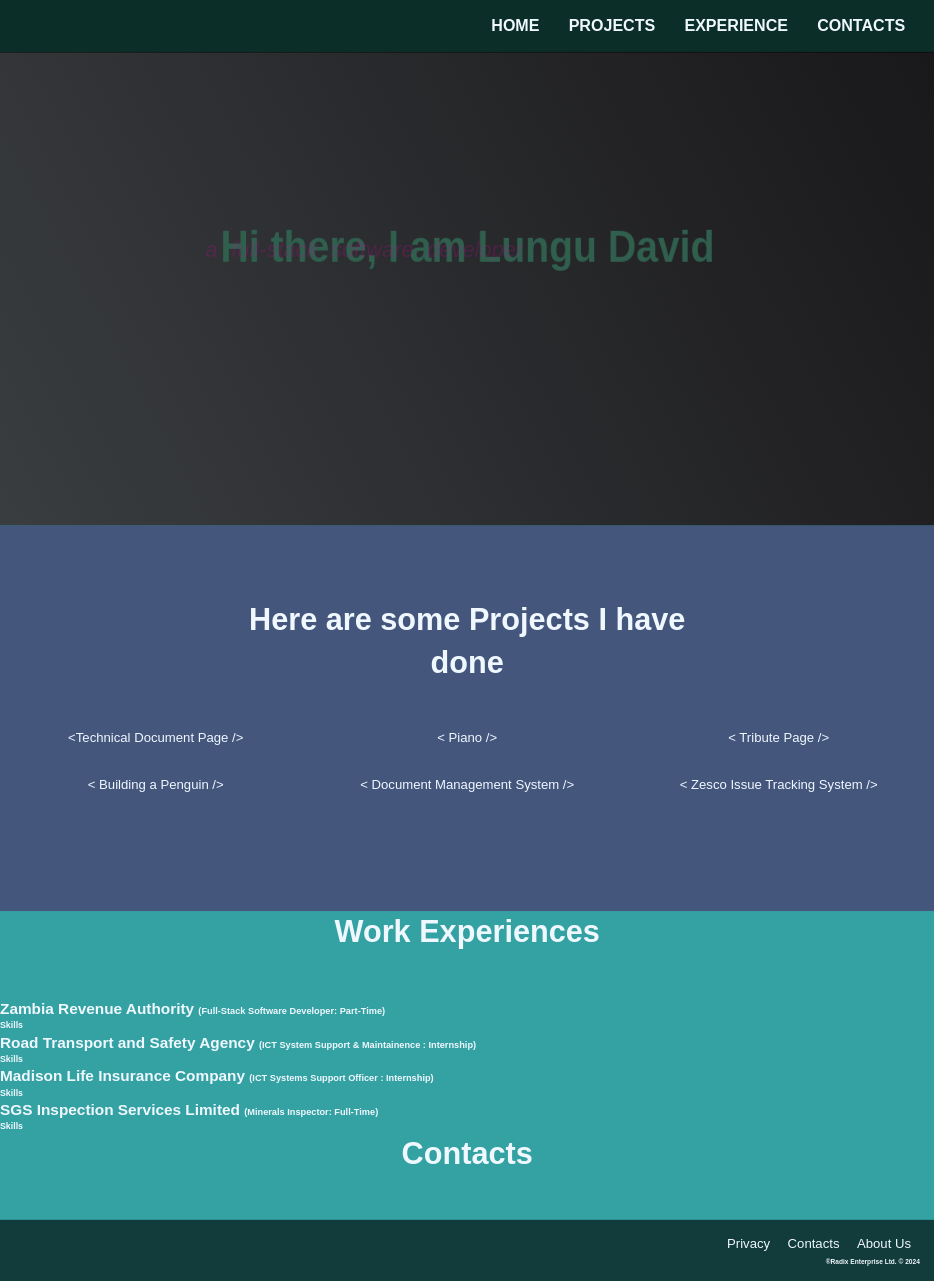
Repository: Lungdjos/personal_portifolio
Page: html/index.html
These files come from the project's save history. The page is drawn as it stood at one moment and after the next save; the edit follows.
The browser window is 1280 px wide. The pictures show the whole page, at 73% of full size.

Above is the page before, as saved 2024-02-04 00:16:39.

### html/index.html
<!DOCTYPE html>
<html lang="en">

<head>
    <meta charset="UTF-8">
    <meta name="viewport" content="width=device-width, initial-scale=1.0">
    <title>Personal Portifolio</title>
    <link rel="stylesheet" href="/css/styles.css">
</head>

<body>
    <header class="header">
        <nav id="navbar">
            <ul class="nav-list">
                <li><a href="#Home" class="nav-link"><i class=""></i>Home</a></li>
                <li>
                    <a href="#Projects" class="nav-link"> <i class=""></i>Projects</a>
                </li>
                <li>
                    <a href="#Work-Experience" class="nav-link"> <i class=""></i>Experience</a>
                </li>
                <li><a href="#Contacts" class="nav-link"><i class=""></i>Contacts</a></li>
            </ul>
        </nav>
    </header>
    <main class="m-3">
        <div id="spacer"></div>
        <section class="home" id="Home">
            <div id="welcome-section">
                <h1 id="title">Hi there, I am Lungu David</h1>
                <p id="sub-title"><span>a</span> <span>full-stack</span> <span>software</span> <span>developer</span></p>
            </div>
        </section>

        <div id="spacer"></div>
        <section class="project-section" id="Projects">
            <h2 id="project-heading" class="heading">Here are some Projects I have done</h2>

            <div class="project-grid">
                <a href="" target="_blank" class="project project-title">

                    <p class="project-title">
                        <span class="code">&lt;</span>Technical Document Page
                        <span class="code">/&gt;</span>
                    </p>

                </a>

                <a href="" target="_blank" class="project project-title">
                    <p class="project-title">
                        <span class="code">&lt;</span> Piano
                        <span class="code">/&gt;</span>
                    </p>
                </a>

                <a href="" target="_blank" class="project project-title">
                    <p class="project-title">
                        <span class="code">&lt;</span> Tribute Page
                        <span class="code">/&gt;</span>
                    </p>
                </a>

                <a href="" target="_blank" class="project project-title">
                    <p class="project-title">
                        <span class="code">&lt;</span> Building a Penguin
                        <span class="code">/&gt;</span>
                    </p>
                </a>

                <a href="" target="_blank" class="project project-title">
                    <p class="project-title">
                        <span class="code">&lt;</span> Document Management System
                        <span class="code">/&gt;</span>
                    </p>
                </a>

                <a href="" target="_blank" class="project project-title">
                    <p class="project-title">
                        <span class="code">&lt;</span> Zesco Issue Tracking System
                        <span class="code">/&gt;</span>
                    </p>
                </a>

            </div>
        </section>
        <div id="spacer"></div>
        <section class="work-exp-section" id="Work-Experience">
            <h2 class="heading work-exp-heading">Work Experiences</h2>
            <div id="grid">
                <div id="icon"></div>
                <div class="experience">
                    <h3>Zambia Revenue Authority <small>(Full-Stack Software Developer: Part-Time)</small></h3>
                    <h6 class="skills">Skills</h6>
                    <p>
                        <ul>
                            <li></li>
                            <li></li>
                            <li></li>
                            <li></li>
                        </ul>
                    </p>
                </div>
            </div>

            <div id="grid">
                <div id="icon"></div>
                <div class="experience">
                    <h3>Road Transport and Safety Agency <small>(ICT System Support & Maintainence : Internship)</small></h3>
                    <h6 class="skills">Skills</h6>
                    <p>
                        <ul>
                            <li></li>
                            <li></li>
                            <li></li>
                            <li></li>
                        </ul>
                    </p>
                </div>
            </div>

            <div id="grid">
                <div id="icon"></div>
                <div class="experience">
                    <h3>Madison Life Insurance Company <small>(ICT Systems Support Officer : Internship)</small></h3>
                    <h6 class="skills">Skills</h6>
                    <p>
                        <ul>
                            <li></li>
                            <li></li>
                            <li></li>
                            <li></li>
                        </ul>
                    </p>
                </div>
            </div>

            <div id="grid">
                <div id="icon"></div>
                <div class="experience">
                    <h3>SGS Inspection Services Limited <small>(Minerals Inspector: Full-Time)</small></h3>
                    <h6 class="skills">Skills</h6>
                    <p>
                        <ul>
                            <li></li>
                            <li></li>
                            <li></li>
                            <li></li>
                        </ul>
                    </p>
                </div>
            </div>
        </section>
        <div id="spacer"></div>
        <section class="contact" id="Contacts">
            <h2 class="heading contacts-heading">Contacts</h2>
        </section>
    </main>
    <footer>
        <ul>
            <li><a href="">Privacy</a></li>
            <li><a href="">Contacts</a></li>
            <li><a href="">About Us</a></li>
        </ul>
        <span>&REG;Radix Enterprise Ltd. &copy; 2024</span>
    </footer>
</body>

</html>

### css/styles.css
/** STYLING FOR THE PORTIFOLIO **/


/* the root selector */

:root {
    /* colors */
    --col-1: aliceblue;
    --col-2: grey;
    --bc-1: #34a2a2;
    --bc-2: #0b2e28;
    --bc-3: #123b3b;
    --bc-4: #45567d;
    /* values */
}


/* general stylings */

html {
    font-size: 62.5%;
    box-sizing: border-box;
    scroll-behavior: smooth;
}

* {
    margin: 0;
    padding: 0;
}


/* box-sizing and font sizing */

*,
*::before,
*::after {
    box-sizing: inherit;
}


/* body styling */

body {
    font-family: 'Poppins', sans-serif;
    font-size: 1.8rem;
    font-weight: 400;
    line-height: 1.4;
    color: var(--col-1);
    background-color: var(--bc-1);
}


/* headings styling */

h1,
h2 {
    font-family: 'Raleway', sans-serif;
    font-weight: 600;
    text-align: center;
}

h1 {
    font-size: 6rem;
}

h2 {
    font-size: 4.2rem;
}


/* List and anchor styling */

ul {
    list-style: none;
}

a {
    color: var(--col-1);
    text-decoration: none;
}

img {
    display: block;
    width: 100%;
}


/** NAVIGATION BAR */


/* nav bar styling */

nav {
    font-weight: 600;
}

.header {
    display: flex;
    justify-content: flex-end;
    position: fixed;
    top: 0;
    left: 0;
    width: 100%;
    box-shadow: 0 2px 0 rgba(0, 0, 0, 0.4);
    z-index: 10;
    background-color: var(--bc-2);
}

nav>ul {
    display: flex;
    margin-right: 2rem;
    text-transform: uppercase;
}

.nav-list a {
    display: block;
    font-size: 2.2rem;
    padding: 2rem;
}

.nav-list a:hover {
    background: var(--bc-4);
}


/* body styling */

#spacer {
    max-width: 1000px;
    width: 100%;
    margin: 0 auto;
}

main>li {
    list-style-type: disc;
}


/** HOME PAGE */


/* Styling or the Home Page */

.home {
    width: 100%;
    height: 100vh;
    display: flex;
    flex-direction: column;
    justify-content: center;
    align-items: center;
    background: inherit;
    background-image: linear-gradient(62deg, #3a3d40 0%, #181719 100%);
}

#welcome-section>p {
    font-size: 3rem;
    font-weight: 200;
    font-style: italic;
    color: #d0a;
}

#title {
    transform-origin: center;
    animation: rotateAndChangeColor 14s infinite ease-in-out;
}

#sub-title {
    text-indent: 10px;
}

#sub-title span {
    display: inline-block;
    animation: fallAnimation 4s infinite ease-in-out forwards;
}


/** PROJECTS */


/* styling for projects */

.project-section {
    text-align: center;
    padding: 10rem 2rem;
    background: var(--bc-4);
}

.heading {
    max-width: 640px;
    margin: 0 auto 6rem auto;
    border-bottom: .2rem solid var(--main-col);
}


/* grids */

.project-grid {
    display: grid;
    grid-template-columns: repeat(auto-fit, minmax(360px, 1fr));
    grid-gap: 4rem;
    width: 100%;
    max-width: 1280px;
    margin: 0 auto;
    margin-bottom: 6rem;
}


/* Work Experience */

.work-exp-section small {
    font-size: 60%;
}


/* #Work-Experience #icon {
    display: flex;
    flex-direction: column;
    justify-content: center;
    height: 150px;
    width: 20vw;
}

#Work-Experience .experience {
    display: flex;
    flex-direction: column;
    justify-content: center;
    height: 125px;
    width: 80vw;
    padding: 5px;
} */


/** FOOTER */


/* footer styling */

footer {
    margin-top: 25px;
    padding: 20px;
    width: 100%;
    background-color: var(--bc-3);
}

footer>ul {
    display: flex;
    justify-content: flex-end;
}

footer>ul>li {
    padding: 0 12px;
}

footer>span {
    display: flex;
    justify-content: flex-end;
    margin-top: 6px;
    font-size: .9rem;
    font-weight: bold;
}


/** ANIMATIONS AND EFFECTS */


/* Welcome Page Animations */

@keyframes rotateAndChangeColor {
    0% {
        transform: rotateY(0deg);
        color: #333;
    }
    30% {
        transform: rotateY(360deg);
        color: #2e604a;
    }
    60% {
        transform: rotate(0deg);
        color: #45567d;
    }
    90% {
        transform: rotate(360deg);
        color: #ff6347;
    }
}

@keyframes fallAnimation {
    0% {
        transform: translateY(-60px);
        opacity: 0;
    }
    50% {
        transform: translateY(-60px);
        opacity: 0.4;
    }
    100% {
        transform: translateY(0);
        opacity: 1;
    }
}


/** STYLING FOR SMALL DEVICES */


/* 1200px / 16px = 75em */

@media (max-width: 75em) {
    html {
        font-size: 60%;
    }
}


/* 980px / 16px = 61.25em */

@media (max-width: 61.25em) {
    html {
        font-size: 58%;
    }
}


/* 460px / 16px = 28.75em */

@media (max-width: 28.75em) {
    html {
        font-size: 55%;
    }
}


/* nav bar media queries */

@media (max-width: 28.75em) {
    #navbar {
        justify-content: center;
    }
    .nav-list {
        margin: 0 1rem;
    }
}


/* projects media query */

@media (max-width: 28.75em) {
    #project-heading {
        font-size: 4rem;
    }
}

After the next save:
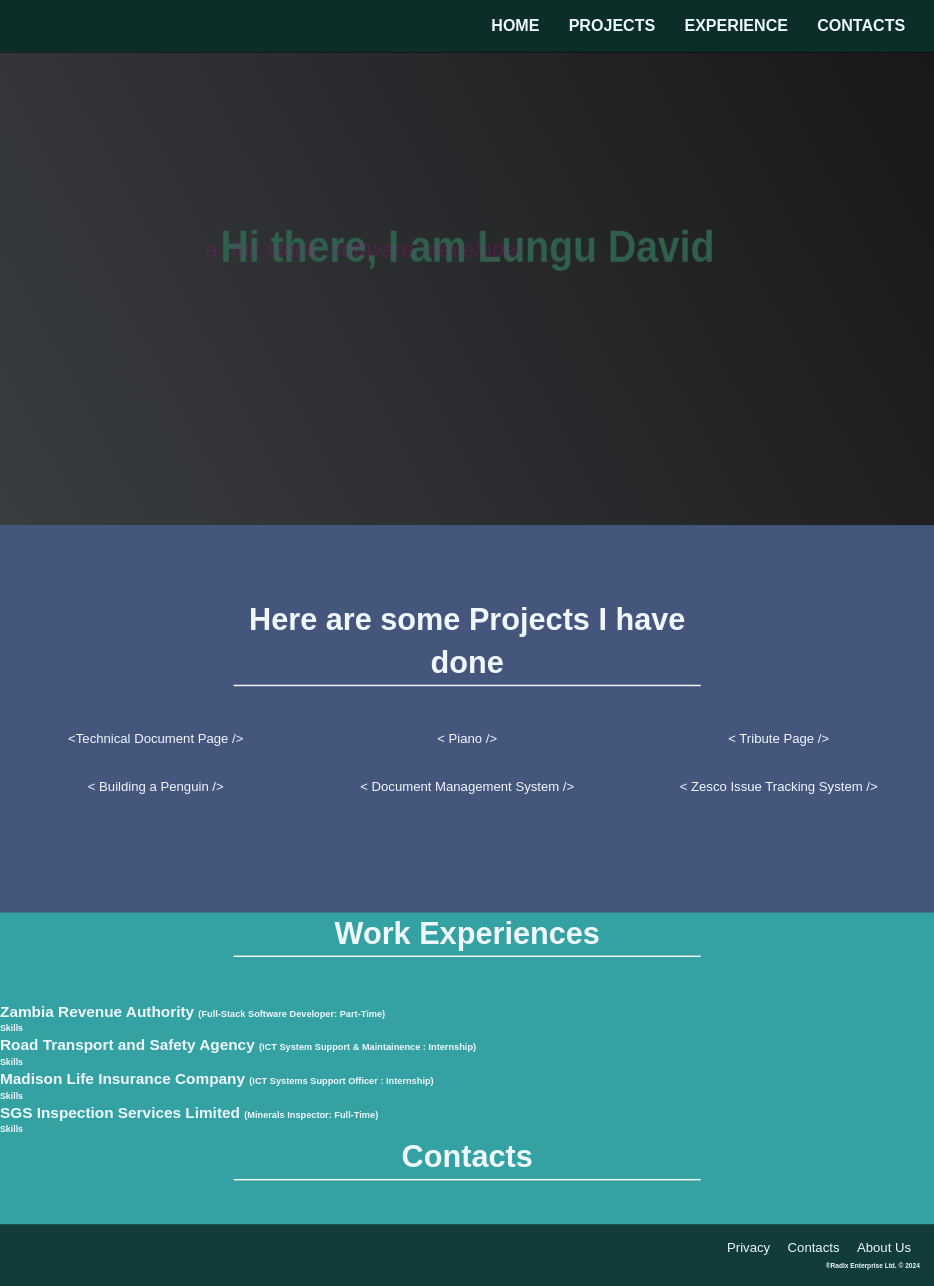
Saved 13 s later.
--- a/css/styles.css
+++ b/css/styles.css
@@ -188,7 +188,7 @@ main>li {
 .heading {
     max-width: 640px;
     margin: 0 auto 6rem auto;
-    border-bottom: .2rem solid var(--main-col);
+    border-bottom: .2rem solid var(--col-1);
 }
 
 
